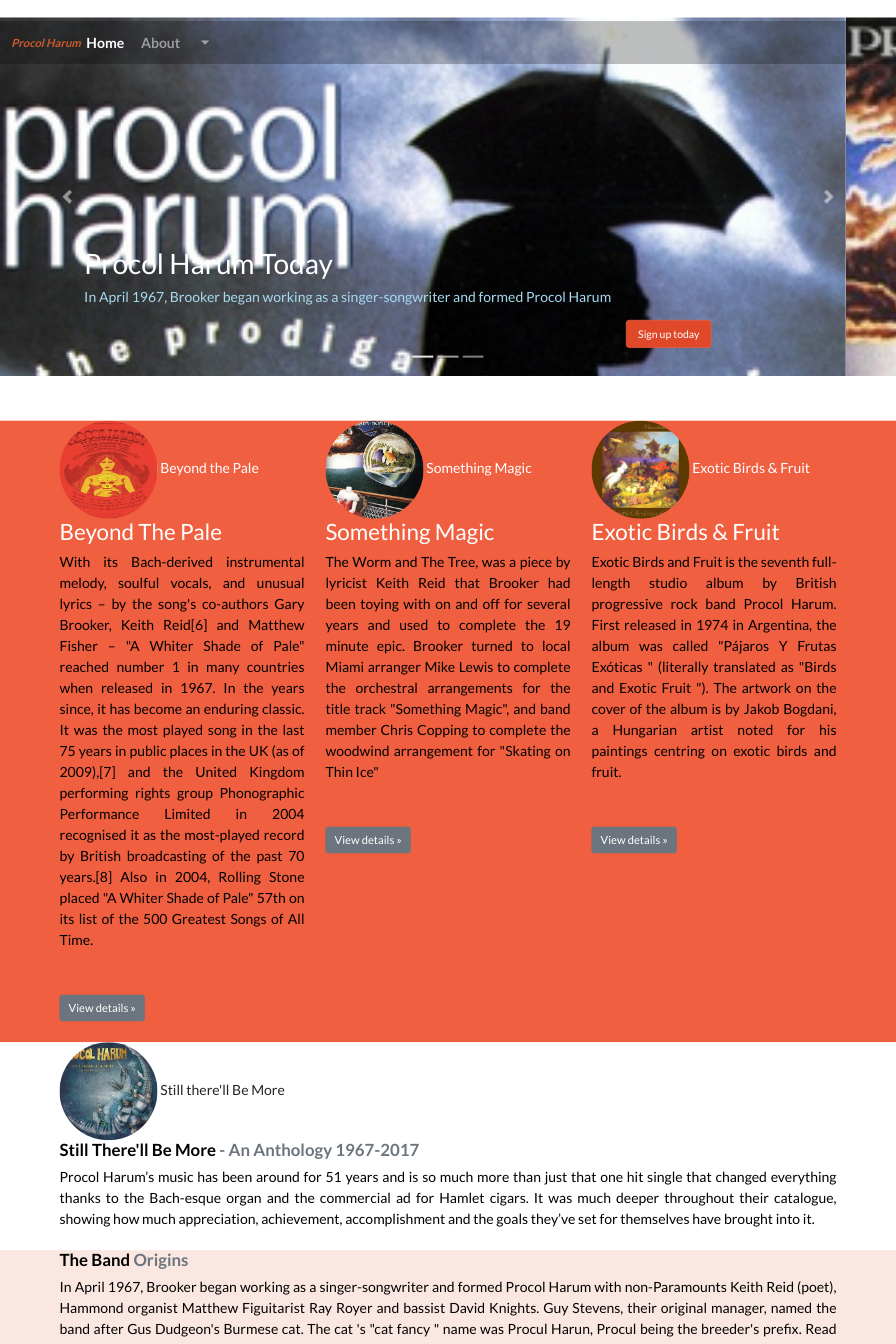
Repository: SOliv1/procol-harum-beyond-the-pale
Page: gallery.html
The author's editor kept a record of every edit. The page is drawn from the files as they stood at one moment, then again after the next edit.
The browser window is 1280 px wide. The pictures show the part of the page from y = 0 to 1920 px (the page is 2689 px tall), at 70% of full size.
Some icons come from a web library that is not loaded, so they are not drawn. Some web libraries are served in a nearby version.

Above is the page before.

### gallery.html
<!DOCTYPE html>
<html lang="en">

    <head>
        <meta charset="UTF-8">
        <meta name="viewport" content="width=device-width, initial-scale=1.0">
        <meta http-equiv="X-UA-Compatible" content="ie=edge">
        <title>" "Band Brief / Procol Harum"</title>
        <link rel="stylesheet" href="https://maxcdn.bootstrapcdn.com/bootstrap/4.2.1/css/bootstrap.min.css" type="text/css" />
        <link rel="stylesheet" href="https://use.fontawesome.com/releases/v5.8.2/css/all.css" />
        <link href="https://fonts.googleapis.com/css?family=Lato:400,700,900" rel="stylesheet">
        <link href="assets/css/main.css" rel="stylesheet" type="text/css">
    </head>

    <body>
        <div class="container-fluid navalert-container">
            <nav class="navbar navbar-dark navbar-expand-sm">
                <div class="navbar-logo">Procol Harum
                </div>
                <button class="navbar-toggler ml-auto" type="button" data-toggle="collapse" data-target="#navbarNavDropdown" aria-controls="navbarNavDropdown" aria-expanded="false" aria-label="Toggle navigation">
                <span class="navbar-toggler-icon"></span>
                </button>
                <!-- Nav-bar-collapse -->
                <div class="collapse navbar-collapse" id="navbarNavDropdown">
                    <ul class="navbar-nav mr-auto">
                        <li class="active nav-item mr-2"><a class="nav-link" href="#navbarDropdownMenuLink">Home</a></li>
                        <li class="nav-item mr-2"><a class="nav-link" href="#navbarNavDropdownabout-header">About</a></li>
                        <li class="nav-item dropdown">
                            <a class="nav-link dropdown-toggle" href="#" id="navbarDropdownMenuLink" role="button" data-toggle="dropdown" aria-haspopup="true" aria-expanded="false">
                            </a>
                            <div class="dropdown-menu" aria-labelledby="#navbarDropdownMenuLink">
                                <a class="dropdown-item" href="index.html">Home</a>
                                <a class="dropdown-item" href="#about-header">About</a>
                                <a class="dropdown-item" href="#beyond">Something Magic</a>
                                <a class="dropdown-item" href="#still-there-be-more">Still There Be More</a>
                                <a class="dropdown-item" href="#the-band">The Band</a>
                                <a class="dropdown-item" href="gallery.html">Gallery</a>
                                <a class="dropdown-item" href="contact.html">Contact</a>
                            </div>
                        </li>
                    </ul>
                </div>
            </nav>
        </div>

        <!-- ================================================== -->
        <header>
            <nav>
                <div class="collapse navbar-collapse" id="navbarCollapse">
                    <ul class="navbar-nav mr-auto">
                        <li class="nav-item active">
                            <a class="nav-link" href="#">Home<span class="sr-only">(current)</span></a>
                        </li>
                        <li class="nav-item">
                            <a class="nav-link">Link</a>
                            <form class="form-inline mt-2 mt-md-0">
                                <input class="form-control mr-sm-2" type="text" placeholder="Search" aria-label="Search">
                                <button class="btn btn-outline-success my-2 my-sm-0" type="submit">Search</button>
                            </form>
                        </li>
                    </ul>
                </div>
            </nav>
        </header>

        <main>

            <div id="myCarousel" class="carousel slide" data-ride="carousel">
                <ol class="carousel-indicators">
                    <li data-target="#myCarousel" data-slide-to="0" class="active"></li>
                    <li data-target="#myCarousel" data-slide-to="1"></li>
                    <li data-target="#myCarousel" data-slide-to="2"></li>
                </ol>
                <div class="carousel-inner">
                    <div class="carousel-item active">
                        <img src="assets/images/procol-harum-prodigalss-stranger.jpg" alt="Prodigal-Stanger" style="width:100%" height="auto" preserveAspectRatio="xMidYMid slice" focusable="false" role="img">
                        <rect width="100%" height="100%" fill="#777">

                        <div class="container">
                            <div class="carousel-caption text-left">
                                <h1>Procol Harum Today</h1>
                                <p><span>In April 1967, Brooker began working as a singer-songwriter and formed Procol Harum</span></p>
                                <p><a class="btn btn-lg btn-primary" href="/" role="button">Sign up today</a></p>
                            </div>
                        </div>
                    </div>
                    <div class="carousel-item">
                        <img src="assets/images/Procol_Harum_Something_Magic.jpg" alt="Someting-Magic"width="100%" height="auto" preserveAspectRatio="xMidYMid slice" focusable="false" role="img">
                        <rect width="100%" height="100%" fill="#777">
                        </svg>
                        <div class="container">
                            <div class="carousel-caption" p id="something">
                                <h1>Something Magic</h1>
                                <p><span>Something Magic was released in 1977 and is the ninth album by Procol Harum.</span></p>
                                <p><a class="btn btn-lg btn-primary" href="#https://en.wikipedia.org/wiki/Something_Magic" target="_blank" role="button">Learn more</a></p>
                            </div>
                        </div>
                    </div>
                    <div class="carousel-item">
                        <img src="assets/images/live-chapel.png" alt="Live-Chapel" width="100%" height="auto" xmlns="" preserveAspectRatio="xMidYMid slice" focusable="false" role="img">
                        <rect width="100%" height="100%" fill="#777">
                        </svg>
                        <div class="container">
                            <div class="carousel-caption text-right">
                                <h1>Live at the Union Chapel</h1>
                                <p><span>Live at the Union Chapel was released in 2004 and is the second live album by Procol Harum.</span></p>
                                <p><a class="btn btn-lg btn-primary" href="https://en.wikipedia.org/wiki/Live_at_the_Union_Chapel" target="_blank" role="button">Browse gallery</a></p>
                            </div>
                        </div>
                    </div>
                </div>
                <a class="carousel-control-prev" href="#myCarousel" role="button" data-slide="prev">
                <span class="carousel-control-prev-icon" aria-hidden="true"></span>
                <span class="sr-only">Previous</span>
            </a>
                <a class="carousel-control-next" href="#myCarousel" role="button" data-slide="next">
                <span class="carousel-control-next-icon" aria-hidden="true"></span>
                <span class="sr-only">Next</span>
            </a>
            </div>

            <!-- myCarousel end -->
            <!-- ================================================== -->
            <!-- Wrap the rest of the page in another container to center all the content. -->

            <section class="container-wrapper container-wrapper--red">
                <div class="container">
                    <!-- Three columns of text below the carousel -->
                    <div class="row">
                        <div class="col-lg-4">
                            <img src="assets/images/poco-4.png" alt="it's-magic" class="rounded-circle" width="140" height="140" xmlns="https://images.forwardcdn.com/image/1090x480/center/images/cropped/gettyimages-74291745-1492619803.jpg" preserveAspectRatio="xMidYMid slice" focusable="false" role="img"
                                aria-label="Placeholder: 140x140">
                            <title>Its Magic</title>
                            <rect width="100%" height="100%" fill="#777" /><text x="50%" y="50%" fill="#777" dy=".3em">Beyond the Pale</text></svg>
                            <h2 id="beyond">Beyond The Pale</h2>
                            <p class="carousel">With its Bach-derived instrumental melody, soulful vocals, and unusual lyrics – by the song's co-authors Gary Brooker, Keith Reid[6] and Matthew Fisher – "A Whiter Shade of Pale" reached number 1 in many countries when released
                                in 1967. In the years since, it has become an enduring classic. It was the most played song in the last 75 years in public places in the UK (as of 2009),[7] and the United Kingdom performing rights group Phonographic Performance
                                Limited in 2004 recognised it as the most-played record by British broadcasting of the past 70 years.[8] Also in 2004, Rolling Stone placed "A Whiter Shade of Pale" 57th on its list of the 500 Greatest Songs of All Time.
                            </p>
                            <p><a class="btn btn-secondary" href="https://www.procolharum.com/whatsnew.htm" role="button">View details &raquo;</a></p>
                        </div>
                        <!-- inline--->
                        <div class="col-lg-4">
                            <img src="assets/images/Procol_Harum_Something_Magic.jpg" alt="something-magic" class="rounded-circle" width="140" height="140" xmlns="" preserveAspectRatio="xMidYMid slice" focusable="false" role="img" aria-label="Placeholder: 140x140">
                            <title>Something Magic</title>
                            <rect width="100%" height="100%" fill="#777" /><text x="50%" y="50%" fill="#777" dy=".3em">Something Magic</text></svg>
                            <h2 id="something">Something Magic</h2>
                            <p class="carousel">The Worm and The Tree, was a piece by lyricist Keith Reid that Brooker had been toying with on and off for several years and used to complete the 19 minute epic. Brooker turned to local Miami arranger Mike Lewis to complete
                                the orchestral arrangements for the title track "Something Magic", and band member Chris Copping to complete the woodwind arrangement for "Skating on Thin Ice"</p>
                            <p><a class="btn btn-secondary" href="https://en.wikipedia.org/wiki/Something_Magic" target="_blank" role="button">View details &raquo;</a></p>
                        </div>
                        <!-- /.col-lg-4 -->
                        <div class="col-lg-4">
                            <img src="assets/images/exoticb.jpg" alt="exotic-birds-fruit" class="rounded-circle" width="140" height="140" xmlns="https://upload.wikimedia.org/wikipedia/en/b/b9/Procol_Harum_Exotic_birds_and_fruit.jpg " preserveAspectRatio="xMidYMid slice " focusable="false " role="img
                                " aria-label="Placeholder: 140x140">
                            <title>Exotic Birds &amp Fruit</title>
                            <rect width="100%" height="100%" fill="#777" /><text x="50%" y="50%" fill="#777" dy=".3em ">Exotic Birds &amp Fruit</text></svg>
                            <h2>Exotic Birds &amp; Fruit</h2>
                            <p class="carousel">Exotic Birds and Fruit is the seventh full-length studio album by British progressive rock band Procol Harum. First released in 1974 in Argentina, the album was called "Pájaros Y Frutas Exóticas " (literally translated as "Birds
                                and Exotic Fruit "). The artwork on the cover of the album is by Jakob Bogdani, a Hungarian artist noted for his paintings centring on exotic birds and fruit.</p>
                            <p><a class="btn btn-secondary " href="https://www.procolharum.com/phalbum8.htm " target="_blank " role="button ">View details &raquo;</a></p>
                        </div>
                        <!-- /.col-lg-4 -->
                    </div>
                </div>
            </section>
            <!-- /.row -->

            <!-- START FEATURE -->

            <section class="container-wrapper">
                <div class="container">
                    <div class="row">
                        <div class="col-12 ">
                            <img src="assets/images/procol.png" alt="still-there'll-be-more" class="rounded-circle" width="140" height="140" xmlns="https://upload.wikimedia.org/wikipedia/en/b/b9/Procol_Harum_Exotic_birds_and_fruit.jpg" preserveAspectRatio="xMidYMid slice" focusable="false" role="img" aria-label="Placeholder: 140x140 ">
                            <rect width="100%" height="100%" fill="#777" /><text x="50% " y="50%" fill="#777" dy=".3em ">Still there'll Be More</text></svg>
                            <h4 id="still-there'll-be-more feature-heading"> Still There'll Be More <span class="text-muted"> - An Anthology 1967-2017</span>
                            </h4>
                            <p class="lead"> Procol Harum’s music has been around for 51 years and is so much more than just that one hit single that changed everything thanks to the Bach-esque organ and the commercial ad for Hamlet cigars. It was much deeper throughout
                                their catalogue, showing how much appreciation, achievement, accomplishment and the goals they’ve set for themselves have brought into it.
                            </p>
                        </div>
                    </div>
                </div>
            </section>

            <section class="container-wrapper container-wrapper--pale">
                <div class="container">
                    <div class="jumbotron-header">
                        <div class="row">
                            <!-- start row -->
                            <div class="col-12">
                                <!-- start col-12 -->
                                <h4 class="Jumbotron-header" h4 id="the-band">The Band<span class="text-muted"> Origins</span>
                                </h4>
                                <p class="lead">In April 1967, Brooker began working as a singer-songwriter and formed Procol Harum with non-Paramounts Keith Reid (poet), Hammond organist Matthew Figuitarist Ray Royer and bassist David Knights. Guy Stevens, their original
                                    manager, named the band after Gus Dudgeon's Burmese cat. The cat 's "cat fancy " name was Procul Harun, Procul being the breeder's prefix. Read More ... </p>
                                <div class="col-4">
                                    <a href="https://www.google.com/search?lei=R3UOXYONErKy8gL4k5DADQ&q=procol%20harum%20members&ved=2ahUKEwjKkNvo3f3iAhVuAWMBHambBK8QsKwBKAB6BAgAEAE&biw=960&bih=547 " target="_blank">
                                        <div class="image">
                                            <img src="assets/images/backstageband.png" alt="backstage-band"class="rounded-circle mr-4" style="max-width:300%;height:auto;">
                                        </div>
                                    </a>
                                    <!-- /END FEATURES -->
                                </div>
                            </div>
                        </div>
                    </div>
                </div>
            </section>

        </main>
        <!-- /.container -->

        <!-- FOOTER -->

        <!-- Social links-->

        <footer class="social-links li">
            <div class="container">
                <div class="row">
                    <div class="col-xs-12 col-sm-12 col-md-4" "social-links">
                        <h5 class="uppercase">Social Media</h5>
                        <i id="facebook" class="fab fa facebook-square"></i>
                        <ul class="list-inline social-links ">
                            <li><a target="_blank" href="#facebook"><i class="fab fa-facebook-square "></i></a></li>
                            <li><a target="_blank" href="#twitter"><i class="fab fa-twitter-square "></i></a></li>
                            <li><a target="_blank" href="#linkedin"><i class="fab fa-linkedin "></i></a></li>
                            <li><a target="_blank" href="#pinterest"><i class="fab fa-pinterest-square "></i></a></LI>
                            <li><a target="_blank" href="#instagram"><i class="fab fa-tumblr-square "></i></a></li>
                            <li><a target="_blank" href="#youtube"><i class="fab fa-youtube-square "></i></a></li>
                        </ul>
                    </div>
                </div>
            </div>
        </footer>

        <!-- end Social links-->
        <!-- FOOTER -->

        <script src="https://code.jquery.com/jquery-3.3.1.slim.min.js"></script>
        <script src="https://cdnjs.cloudflare.com/ajax/libs/popper.js/1.14.3/umd/popper.min.js"></script>
        <script src="https://stackpath.bootstrapcdn.com/bootstrap/4.1.3/js/bootstrap.min.js"></script>
    </body>

</html>

Loaded but not shown: assets/css/main.css (723 lines, source omitted)

After the next edit:
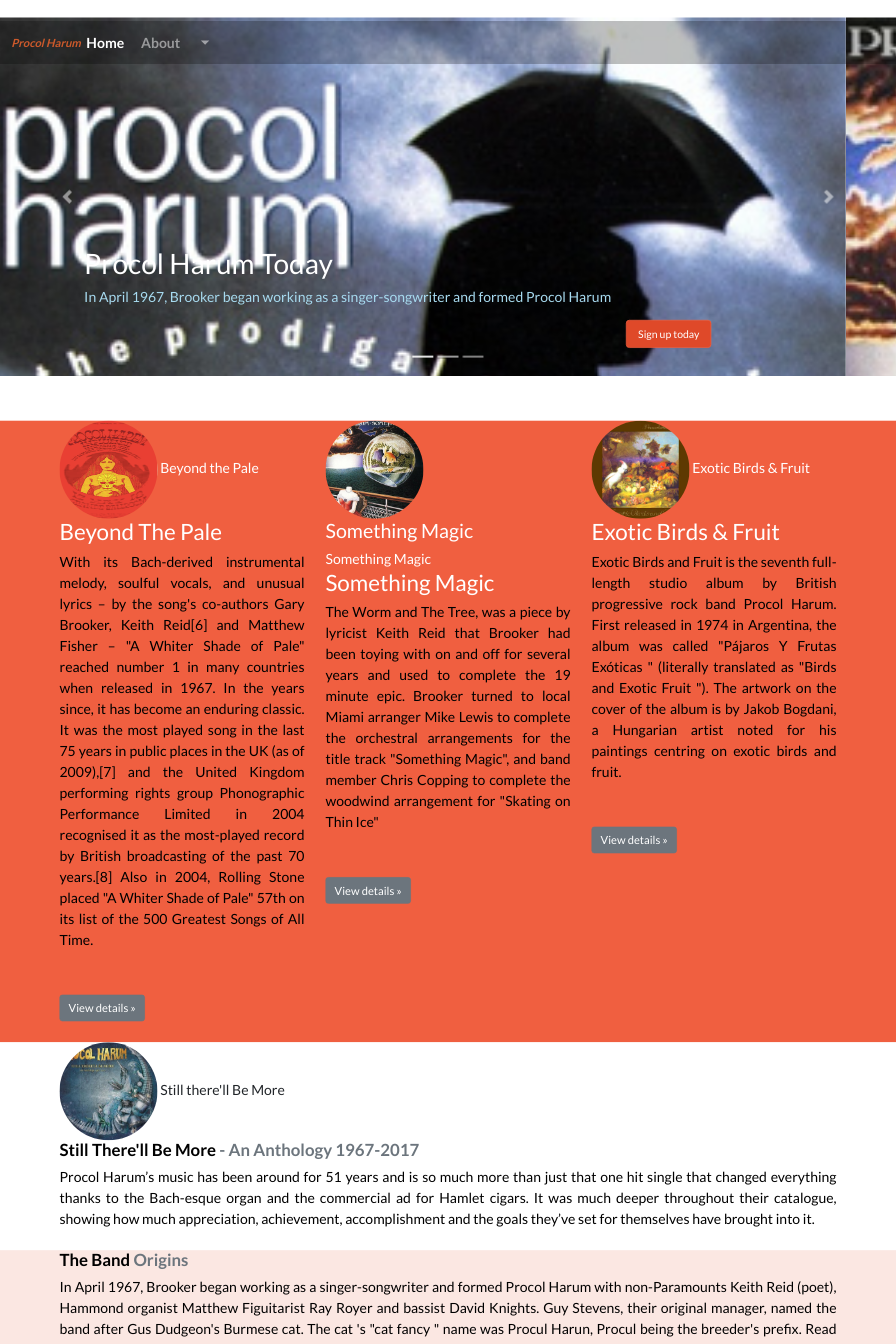
The edit:
--- a/gallery.html
+++ b/gallery.html
@@ -142,7 +142,7 @@
                         <!-- inline--->
                         <div class="col-lg-4">
                             <img src="assets/images/Procol_Harum_Something_Magic.jpg" alt="something-magic" class="rounded-circle" width="140" height="140" xmlns="" preserveAspectRatio="xMidYMid slice" focusable="false" role="img" aria-label="Placeholder: 140x140">
-                            <title>Something Magic</title>
+                            <h3>Something Magic</h3>
                             <rect width="100%" height="100%" fill="#777" /><text x="50%" y="50%" fill="#777" dy=".3em">Something Magic</text></svg>
                             <h2 id="something">Something Magic</h2>
                             <p class="carousel">The Worm and The Tree, was a piece by lyricist Keith Reid that Brooker had been toying with on and off for several years and used to complete the 19 minute epic. Brooker turned to local Miami arranger Mike Lewis to complete
